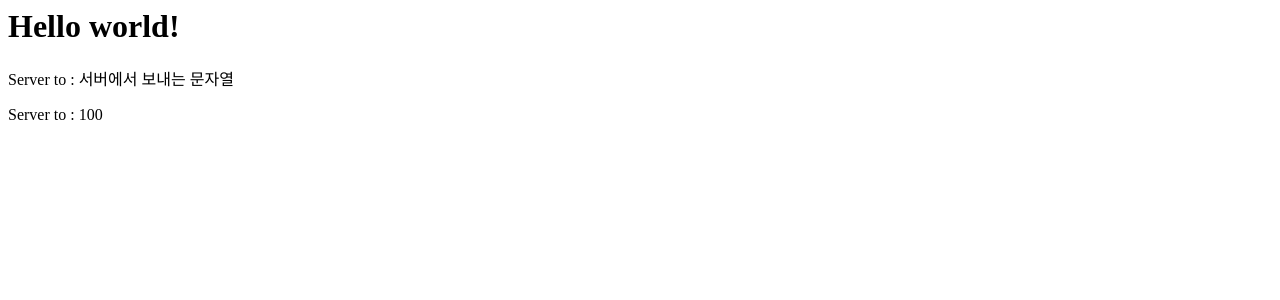
Repository: Taein142/STS3
Page: http://localhost/jsp01/
The author's editor kept a copy of each file at every save. The page is drawn from the files as they stood at one save, then again after the next save.
The browser window is 1280 px wide. The pictures show the whole page.
The page is served by Tomcat 9. Other server files are loaded and not shown.

Above is the page before, as saved 2024-02-02 02:20:17.

### jsp01/src/main/webapp/WEB-INF/views/home.jsp
<%@ page language="java" contentType="text/html; charset=UTF-8"
    pageEncoding="UTF-8"%>
<%@ taglib uri="http://java.sun.com/jsp/jstl/core" prefix="c" %>
<%@ page session="false" %>
<html>
<head>
	<title>Home</title>
</head>
<body>
<h1>
	Hello world!
</h1>

<P> Server to : ${data} </P>
<p> Server to : ${num}
</body>
</html>

### jsp01/src/main/java/com/icia/jsp01/dto/DataDTO.java
package com.icia.jsp01.dto;

import lombok.Getter;
import lombok.Setter;
import lombok.ToString;

@Getter
@Setter
@ToString
public class DataDTO {
	private int code; // 데이터 번호
	private String strDataString;
	private int numData;
	private String dataData;

}

After the next save:
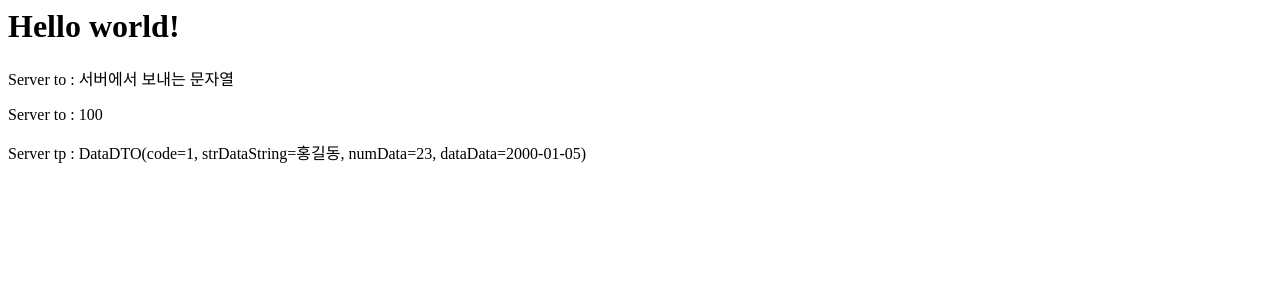
Saved 55 s later.
--- a/jsp01/src/main/webapp/WEB-INF/views/home.jsp
+++ b/jsp01/src/main/webapp/WEB-INF/views/home.jsp
@@ -12,6 +12,7 @@
 </h1>
 
 <P> Server to : ${data} </P>
-<p> Server to : ${num}
+<p> Server to : ${num} </p>
+<p> Server tp : ${person1}</p>
 </body>
 </html>
